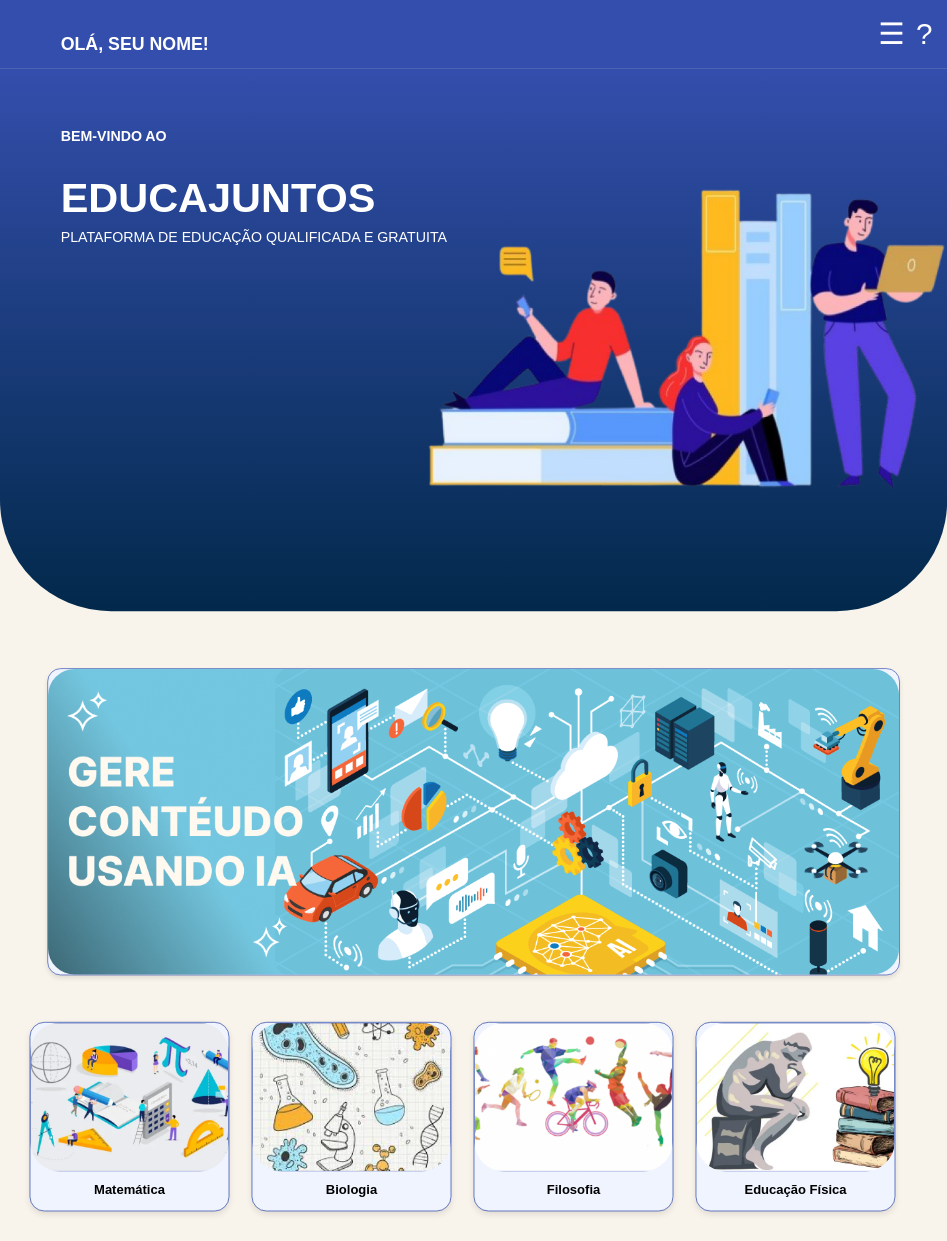
Repository: Matheus904-12/EDUCAJUNTOS
Page: inicio/index.html
An editor plug-in stored every save of this project. The page is shown before and after the next save, followed by the edit.
The browser window is 1280 px wide. The pictures show the whole page, at 74% of full size.

Above is the page before, as saved 2024-10-28 19:53:10.

### inicio/index.html
<!DOCTYPE html>
<html lang="pt-BR">

<head>
    <meta charset="UTF-8">
    <meta name="viewport" content="width=device-width, initial-scale=1.0">
    <title>Educajuntos</title>
    <link rel="stylesheet" href="style.css">
</head>

<body>
    <header>
        <h1>OLÁ, SEU NOME!</h1>
        <nav>
            <button class="menu-btn">&#9776;</button>
            <button class="help-btn">?</button>
        </nav>
    </header>

    <section class="hero">
        <h2>BEM-VINDO AO</h2>
        <h3>EDUCAJUNTOS</h3>
        <p>PLATAFORMA DE EDUCAÇÃO QUALIFICADA E GRATUITA</p>
        <div class="hero-image">
            <img src="../image/1.png" alt="Imagem ilustrativa de pessoas estudando">
        </div>
    </section>

    <br>
    <br>
    <br>

    <main>

        <div class="category-card large">
            <img src="../image/7.png" alt="IA">
        </div>

        <section class="categories">
            <div class="category-card">
                <img src="../image/2.png" alt="Matemática">
                <p>Matemática</p>
                <br>
            </div>
            <div class="category-card">
                <img src="../image/3.png" alt="Biologia">
                <p>Biologia</p>
                <br>
            </div>
            <div class="category-card">
                <img src="../image/6.png" alt="Filosofia">
                <p>Filosofia</p>
                <br>
            </div>
            <div class="category-card">
                <img src="../image/5.png" alt="Educação Física">
                <p>Educação Física</p>
                <br>
            </div>
        </section>
    </main>

    <script src="script.js"></script>
</body>

</html>

### inicio/style.css
* {
    margin: 0;
    padding: 0;
    box-sizing: border-box;
    font-family: Arial, sans-serif;
}

body {
    background-color: #F8F4EB;
    color: #333;
}

header {
    background-color: #334EAC;
    color: #fff;
    padding: 20px;
    display: flex;
    justify-content: space-between;
    align-items: center;
}

header h1 {
    font-size: 1.5em;
    margin-left: 5%;
    margin-top: 2%;
}

nav {
    display: flex;
    gap: 15px;
}

.menu-btn,
.help-btn {
    background: none;
    border: none;
    color: #fff;
    font-size: 2.5em;
    cursor: pointer;
}

/* Hero Section with Rounded Bottom Borders and Centered Image */
.hero {
    background: linear-gradient( #334EAC, #02294b);
    color: #fff;
    padding: 80px 20px;
    border-bottom-left-radius: 150px;
    border-bottom-right-radius: 150px;
    position: relative;
    display: flex;
    flex-direction: column;
    align-items: flex-start;
    overflow: hidden;

}

.hero h2 {
    font-size: 1.2em;
    margin-bottom: 40px;
    font-weight: bold;
    margin-left: 5%;
}

.hero h3 {
    font-size: 3.5em;
    margin-bottom: 10px;
    font-weight: bold;
    margin-left: 5%;
}

.hero p {
    font-size: 1.2em;
    margin-bottom: 20px;
    margin-left: 5%;
}

.hero-image {
    display: flex;
    margin-left: 40%;
    width: 802px;
    height: 580px;
    margin-top: -15%;
}

.hero-image img {
    width: 100%;
    height: auto;
    border-radius: 0 0 150px 150px;
}

/* Categories Section */
.categories {
    display: grid;
    grid-template-columns: repeat(4, 1fr);
    gap: 0px;
    padding: 40px;
}

.category-card {
    background-color: #F0F4FF; /* Cor de fundo suave */
    border: 1px solid #334EAC; /* Contorno azul */
    border-radius: 20px;
    text-align: center;
    box-shadow: 0px 4px 8px rgba(0, 0, 0, 0.1);
    width: 90%;
    height: 100%;

}

.category-card img {
    width: 100%;
    border-radius: 40px;
    margin-top: 0px;
}

.category-card p {
    margin-top: 10px;
    font-size: 1.1em;
    font-weight: bold;
    color: #000000;
}

/* Ajuste do card para o modo grande */
.category-card.large {
    grid-column: span 2;
    display: flex;
    justify-content: center;
    align-items: center;
    font-size: 1.5em;
    font-weight: bold;
    width: 100%;
    transform: scale(90%);
    border
}

### inicio/script.js
document.addEventListener('DOMContentLoaded', () => {
    const menuButton = document.querySelector('.menu-btn');
    const dropdownMenu = document.querySelector('.dropdown-menu');

    menuButton.addEventListener('click', () => {
        dropdownMenu.style.display = dropdownMenu.style.display === 'block' ? 'none' : 'block';
    });

    // Fecha o menu dropdown ao clicar fora dele
    document.addEventListener('click', (event) => {
        if (!menuButton.contains(event.target) && !dropdownMenu.contains(event.target)) {
            dropdownMenu.style.display = 'none';
        }
    });
});

After the next save:
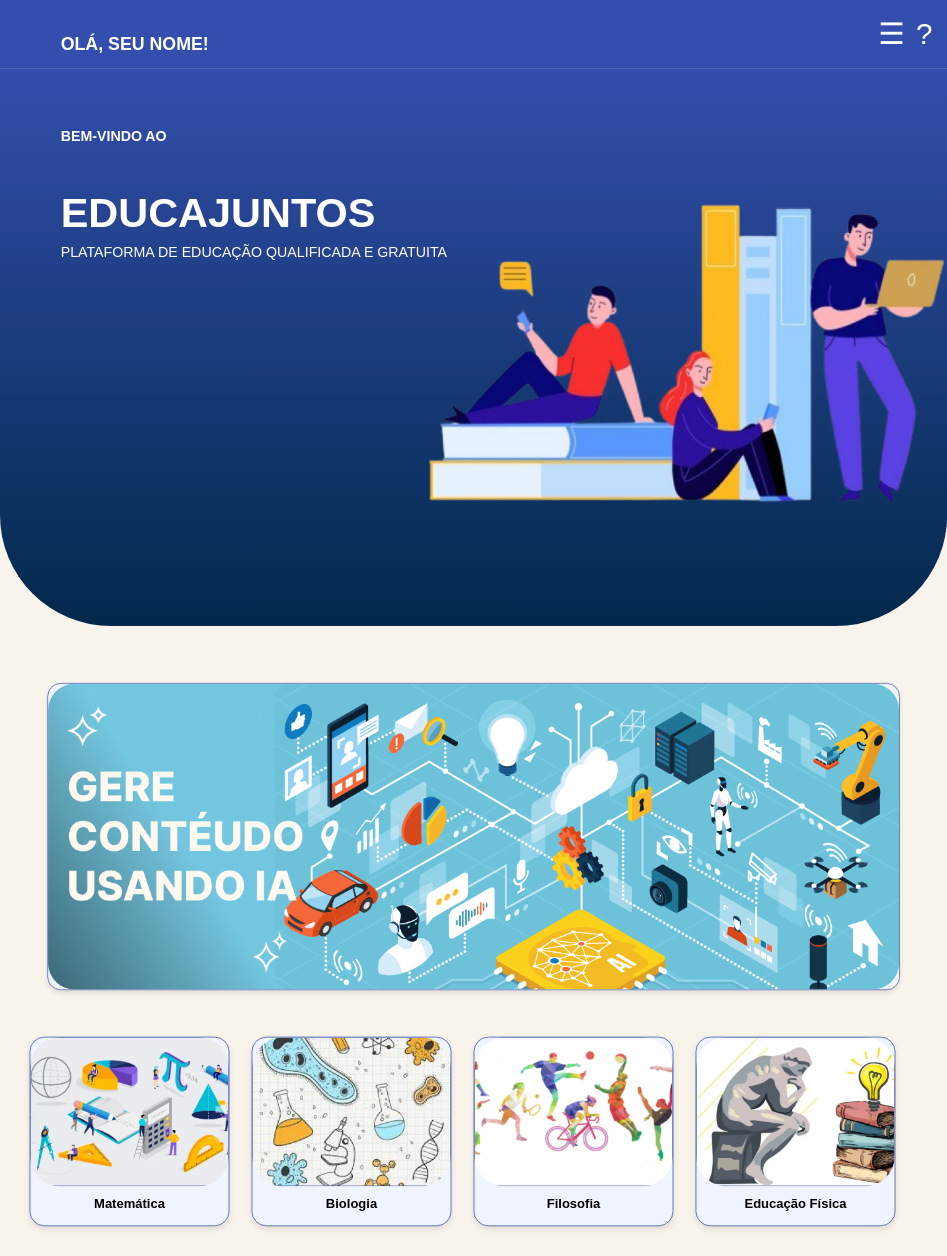
Saved 4 s later.
--- a/inicio/style.css
+++ b/inicio/style.css
@@ -56,7 +56,7 @@ nav {
 
 .hero h2 {
     font-size: 1.2em;
-    margin-bottom: 40px;
+    margin-bottom: 60px;
     font-weight: bold;
     margin-left: 5%;
 }
